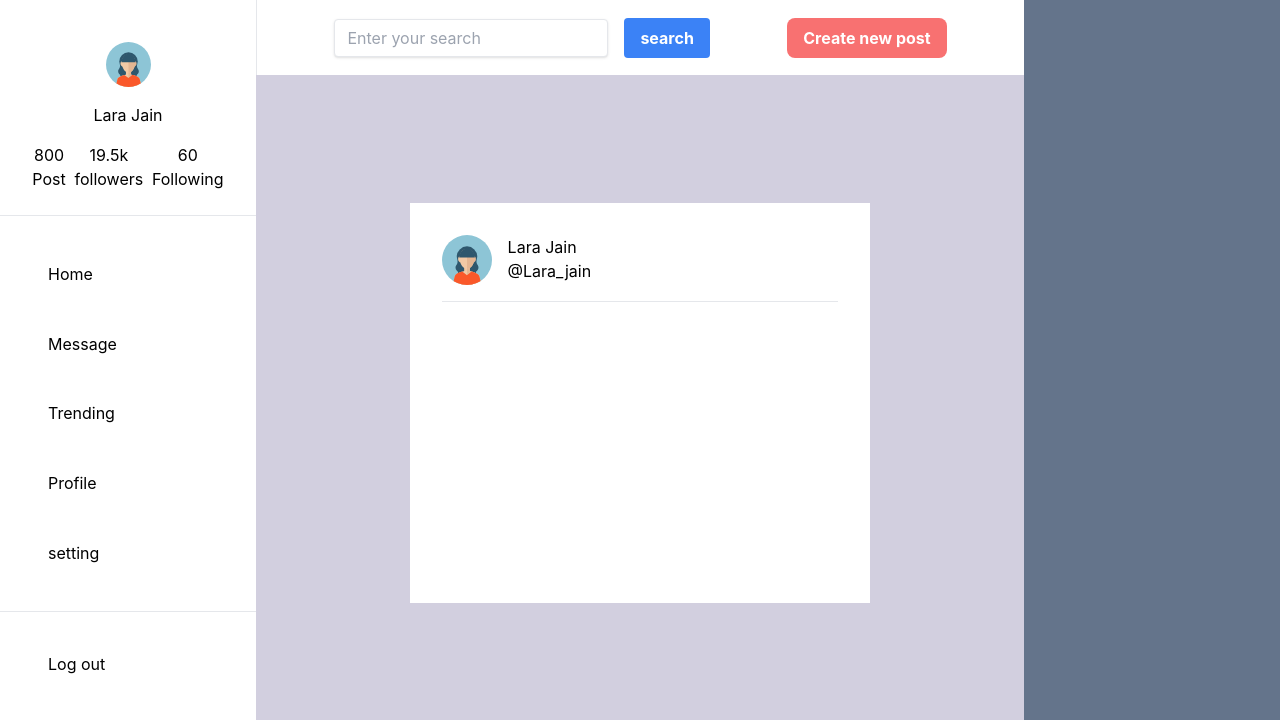
Repository: cosmicswati/upgrad-captions-project
Page: /
These files come from the project's save history. The page is drawn as it stood at one moment and after the next save; the edit follows.
The browser window is 1280 px wide. The pictures show the whole page.
The project was rebuilt for these pictures with package versions that can differ from the ones it lists, and the page was loaded fresh each time. Also part of the build but not shown: src/modules/Authorization/Form.jsx, src/modules/Authorization/index.js.

Above is the page before, as saved 2024-04-09 15:24:44.

### src/index.css
@tailwind base;
@tailwind components;
@tailwind utilities;

body {
  margin: 0;
  font-family: -apple-system, BlinkMacSystemFont, 'Segoe UI', 'Roboto', 'Oxygen',
    'Ubuntu', 'Cantarell', 'Fira Sans', 'Droid Sans', 'Helvetica Neue',
    sans-serif;
  -webkit-font-smoothing: antialiased;
  -moz-osx-font-smoothing: grayscale;
}

code {
  font-family: source-code-pro, Menlo, Monaco, Consolas, 'Courier New',
    monospace;
}

.scrollbar-hide::-webkit-scrollbar{
  display: none;
}

### src/App.js
import Auth from "./modules/Authorization";
import Home from "./modules/Home";


function App() {
  return (
    <div>
      {/* <Auth />  */}
      <Home />
    </div>
  );
}

export default App;

### src/modules/Home/index.js
import React from 'react'
import { ReactComponent as Avatar} from '../../assets/Avatar.svg'
import Input from '../../components/Input';
import Button from '../../components/Button';

const Home = () => {
  return (
    <div className='h-screen bg-[#d2cfdf]  flex overflow-hidden'>
        <div className='w-[20%] bg-white flex flex-col'>
            <div className='h-[30%] flex justify-center items-center border-b'>
                <div className='flex flex-col justify-center items-center'>
                    <Avatar width={'45px'} height={'45px'}/>
                    <p className='my-4'>Lara Jain</p>
                    <div className='h-[30px] flex justify-around w-[200px] text-center'>
                        <div className='flex flex-col justify-around items-center'>
                            <h4>800</h4>
                            <p>Post</p>
                        </div>
                        <div>
                            <h4>19.5k</h4>
                            <p>followers</p>
                        </div>
                        <div>
                            <h4>60</h4>
                            <p>Following</p>
                        </div>
                    </div>
                </div>
            </div>
            <div className='h-[55%] flex flex-col justify-evenly pl-12 border-b'>
                    <div>Home</div>
                    <div>Message</div>
                    <div>Trending</div>
                    <div>Profile</div>
                    <div>setting</div>
            </div>
            <div className='h-[15%] pt-10'>
                <div className='ml-12 cursor-pointer'>Log out</div>
            </div>
        </div>
        <div className='w-[60%] overflow-scroll h-full scrollbar-hide'>
            <div className='bg-white h-[75px] border-l flex justify-evenly items-center pt-4'>
                 <div className='flex justify-center items-center'>
                    <Input placeholder='Enter your search '/>
                    <Button label='search'  className='mb-4 ml-4'/>
                 </div>
                 <Button label='Create new post'  className='rounded-lg bg-red-400 hover:bg-red-500 mb-4'/>
            </div>
            <div className='bg-white w-[60%] h-[400px] mx-auto mt-32 p-8'>
                <div className='border-b flex item-center pb-4'>
                    <Avatar width={'50px'} height={'50px'} />
                   <div className='ml-4'>
                   <h3>Lara Jain</h3>
                    <p>@Lara_jain</p>
                   </div>
                </div>
            </div>
        </div>
        <div className='w-[20%] bg-slate-500'></div>
    </div>
  )
}

export default Home

### src/components/Input/index.js
import React from 'react'

const Input = ({
    name = '',
    label ='',
    type ='',
    placeholder =''
}) => {
  return (
    <div class="mb-4">
        {
          label &&
          <label class="block text-gray-700 text-sm font-bold mb-2" for={name}>
             {label}
          </label>
        }

        <input class="shadow apperance-none border rounded w-full py-2 px-3
         text-gray-700 leading-tight focus:outline-none focus:shadow-outline"
         id={name} type={type} placeholder={placeholder} />

    </div>
  )

}

export default Input

### src/components/Button/index.js
import React from 'react'

const Button = ({
    label ='',
    className =''
}) => {
  return (
    <button className={`bg-blue-500 hover:bg-blue-700 text-white font-bold py-2 px-4 rounded ${className}`}>
      {label}
  </button>
  )
}

export default Button

### tailwind.config.js
/** @type {import('tailwindcss').Config} */
module.exports = {
 mode:'jit',
 purge: [
  './public/**/*.html',
  './src/**/*.{js,jsx,ts,tsx,vue}',
 ],
  content: [
    "./src/**/*.{js,jsx,ts,tsx}",
  ],
  theme: {
    extend: {},
  },
  plugins: [],
}

Loaded but not shown: public/index.html (common file); src/index.js (common file); src/reportWebVitals.js (common file)

After the next save:
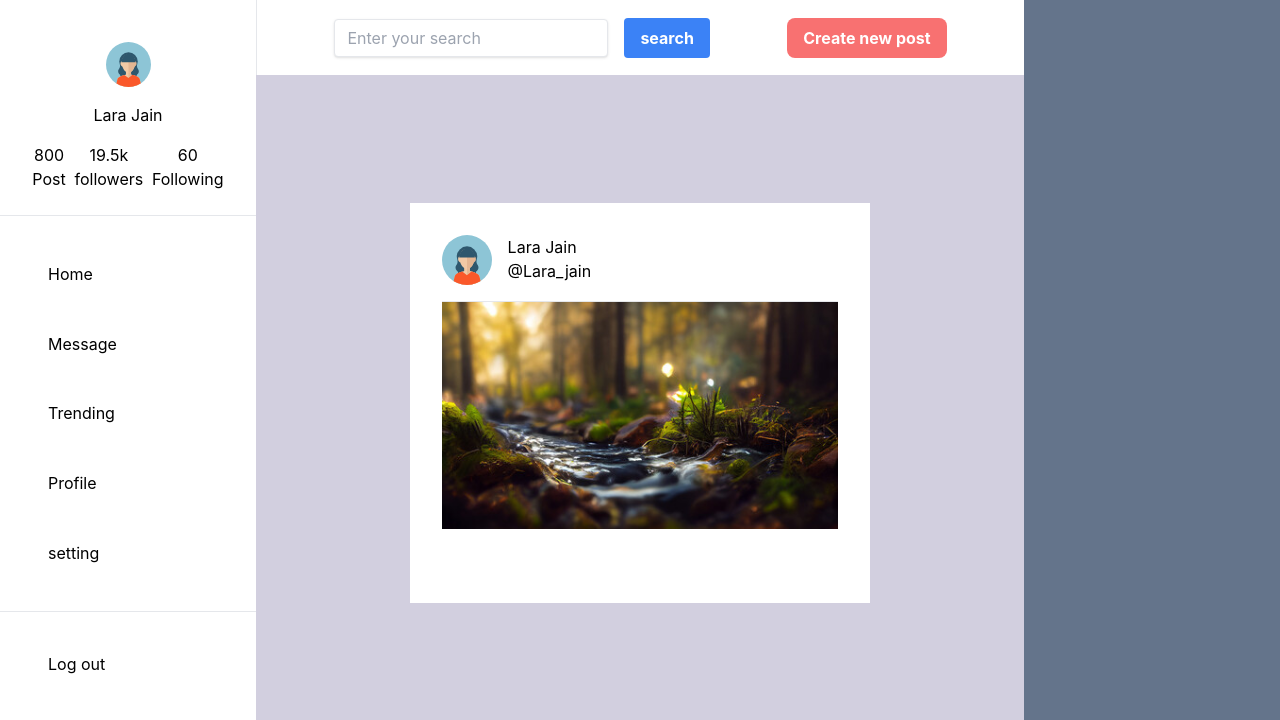
Saved 6 min 35 s later.
--- a/src/modules/Home/index.js
+++ b/src/modules/Home/index.js
@@ -2,6 +2,7 @@ import React from 'react'
 import { ReactComponent as Avatar} from '../../assets/Avatar.svg'
 import Input from '../../components/Input';
 import Button from '../../components/Button';
+import postImg from '../../assets/postImg.jpg'
 
 const Home = () => {
   return (
@@ -54,6 +55,9 @@ const Home = () => {
                     <p>@Lara_jain</p>
                    </div>
                 </div>
+                <div>
+                    <img src={postImg} />
+                </div>
             </div>
         </div>
         <div className='w-[20%] bg-slate-500'></div>
